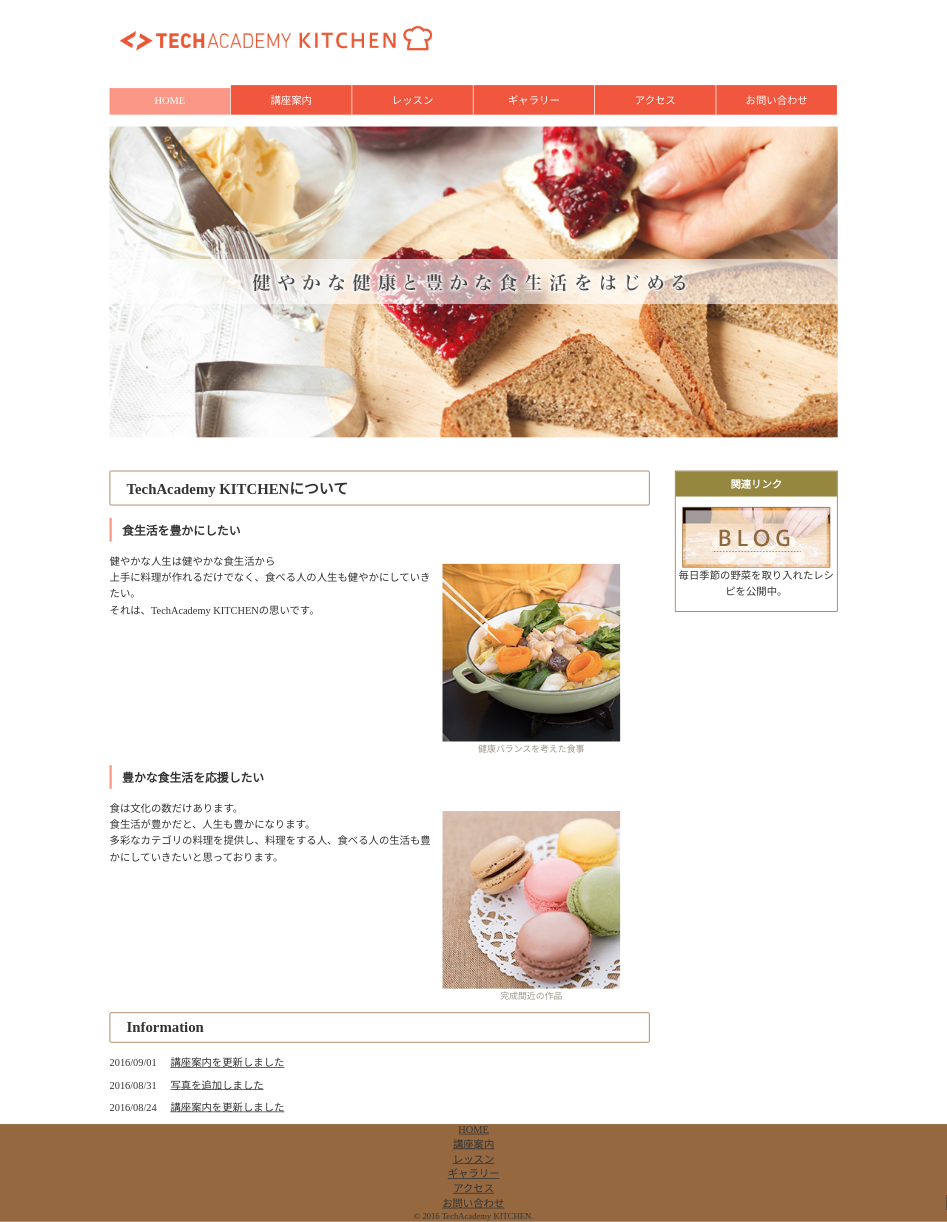
Repository: m1j1nk0/microposts2
Page: lesson-htmlcss/kitchen.html
The author's editor kept a record of every edit. The page is drawn from the files as they stood at one moment, then again after the next edit.
The browser window is 1280 px wide. The pictures show the whole page, at 74% of full size.

Above is the page before.

### lesson-htmlcss/kitchen.html
<!doctype html>
<html lang="ja">
    <head>
        <meta charset="UTF-8">
        <title>Techacademy KITCHEN</title>
        <link rel="stylesheet" href="kitchen.css">
    </head>
    <body>
        <!--ここからヘッダ-->
        <header>
            <h1><a href="kitchen.html"><img src="images_kitchen/logo.png" alt="Techacademy KITCHEN"></a></h1>
            <nav id ="global_navi">
                <ul>
                    <li class="current"><a href="kitchen.html">HOME</a></li>
                    <li><a href="course.html">講座案内</a></li>
                    <li><a href="lesson.html">レッスン</a></li>
                    <li><a href="gallery.html">ギャラリー</a></li>
                    <li><a href="access.html">アクセス</a></li>
                    <li><a href="contact.html">お問い合わせ</a></li>
                </ul>
            </nav>
        </header>
        <!--ヘッダここまで-->


        <!--ここからメインビジュアル画像-->
        <div id="main_visual">
            <img src="images_kitchen/main_visual.jpg" alt="健やかな健康と豊かな食生活をはじめる">
        </div>
        <!--メインビジュアル画像ここまで-->


        <!--ここからwrapper-->
        <div id="wrapper" class="clearfix">
            <!--ここからメイン-->
            <div id="main">
                <section id="point">
                    <h2>TechAcademy KITCHENについて</h2>
                    <section class="clearfix">
                        <h3>食生活を豊かにしたい</h3>
                        <figure>
                            <img src="images_kitchen/photo01.jpg" alt="TechAcademy KITCHENについて">
                            <figcaption>健康バランスを考えた食事</figcaption>
                        </figure>
                        <p>
                            健やかな人生は健やかな食生活から<br>
                            上手に料理が作れるだけでなく、食べる人の人生も健やかにしていきたい。<br>
                            それは、TechAcademy KITCHENの思いです。
                        </p>
                    </section>
                    <section class="clearfix">
                        <h3>豊かな食生活を応援したい</h3>
                        <figure>
                            <img src="images_kitchen/photo02.jpg" alt="TechAcademy KITCHENについて2">
                            <figcaption>完成間近の作品</figcaption>
                        </figure>
                        <p>
                            食は文化の数だけあります。<br>
                            食生活が豊かだと、人生も豊かになります。<br>
                            多彩なカテゴリの料理を提供し、料理をする人、食べる人の生活も豊かにしていきたいと思っております。
                        </p>
                    </section>
                </section>
                <section id="news">
                    <h2>Information</h2>
                    <ul>
                        <li>
                            <span>2016/09/01</span>
                            <a href="course.html">講座案内を更新しました</a>
                        </li>
                        <li>
                            <span>2016/08/31</span>
                            <a href="gallery.html">写真を追加しました</a>
                        </li>
                        <li>
                            <span>2016/08/24</span>
                            <a href="course.html">講座案内を更新しました</a>
                        </li>
                    </ul>
                </section>
            </div>
            <!--メインここまで-->
            <!--ここからサイド-->
            <aside id="sidebar">
                <section id="side_banner">
                    <h2>関連リンク</h2>
                    <ul>
                        <li>
                            <a href="https://techacademy.jp/magazine/" target="_blank"><img src="images_kitchen/banner01.jpg" alt="ブログ"></a>
                            <p>毎日季節の野菜を取り入れたレシピを公開中。</p>
                        </li>
                    </ul>

                </section>
            </aside>
            <!--サイドここまで-->
        </div>
        <!--wrapperここまで-->


        <!--ここからfooter-->
        <footer>
            <div id="footer_navi">
                <ul>
                    <li><a href="kitchen.html">HOME</a></li>
                    <li><a href="course.html">講座案内</a></li>
                    <li><a href="lesson.html">レッスン</a></li>
                    <li><a href="gallery.html">ギャラリー</a></li>
                    <li><a href="access.html">アクセス</a></li>
                    <li><a href="contact.html">お問い合わせ</a></li>
                </ul>
            </div>
            <small>&copy; 2016 TechAcademy KITCHEN.</small>
        </footer>
        <!--ffooterここまで-->


    </body>
</html>

### lesson-htmlcss/kitchen.css
@charset "UTF-8";

body{
    margin: 0;
    padding: 0;
    color: #333;
    font-size: 14px;
}

a{
    color: #333;
}

a:visited{
    color: #333;
}

a:hober{
    color:#333;
    font-weight: 700;
    text-decoration: none;
}


h1,h2,h3,h4,h5,h6{
    margin-top: 0;
}


p{
    margin-top: 0;
    line-height: 1.6;
}

img{
    vertical-align: bottom;
}

#main h2{
    background: #fff;
    font-size: 20px;
    padding: 8px 22px;
    border-radius: 2px;
    border: 1px solid #956840;
}

#main h3{
    font-size: 16px;
    border-left: solid 3px #fa9786;
    padding: 4px 9px 4px 14px;
}

header{
    width: 984px;
    margin: 0 auto;
}

header h1{
    margin: 5px 0 10px;
}

#global_navi{
    margin-bottom: 16px;
}

/*
#global_navi ul{
    list-style: none;
    margin: 0;
    padding: 0;
}

#global_navi ul li{
    display: inline-block;
    width: 164px;
    text-align: center;
}
*/

#global_navi ul li a{
    display:block;
    padding:10px 16px;
    background-color:#f0573e;
    color:#fff;
    text-decoration:none;
    transition:background-color .2s linear;    /*これなに？*/
}

#global_navi ul{
    font-size: 0;
    list-style: none;
    margin: 0;
    padding: 0;
}

#global_navi ul li{
    font-size: 14px;
    display: inline-block;
    width: 163px;
    margin-right: 1px;
    text-align: center;
}

#global_navi ul li.current a {
    background-color: #fa9786;
}

#global_navi ul li a:hover{
    background-color : #fa9786;
}


#main_visual{
    width: 984px;
    height: 440px;
    margin: 0 auto 25px;
}

#wrapper{
    width:984px;
    margin: 0 auto;
}

#main{
    width: 730px;
    float: left;
}

#sidebar{
    width: 220px;
    float: right;
}

.clearfix::after{
    content: '';
    display: block;
    clear: both;
}

#point figure{
    float:right;
    margin-left:16px;
}

#point figcaption{
    font-size: 12px;
    color: #9C9689;
    text-align: center;
}

#news ul{
    list-style: none;
    padding: 0;
}

#news li{
    margin-bottom:10px;
}

#news li a{
    margin-left:15px;
}



#side_banner ul{
    list-style: none;
    padding: 0;
}

#side_banner{
    margin-bottom: 30px;
    border: 1px solid #956840;
    text-align: center;
}

#side_banner h2{
    background-color: #958640;
    color:#fff;
    padding: 7px;
    font-size:14px;
    text-align: center;
}




footer #footer_navi ul{
    list-style:none;
    margin:0;
    padding:0;
    text-align:center;
}

footer{
    background-color: #956840;
    text-align:center;
}
footer #fotter_navi{
    background-color: #f0f0f0;
    padding: 10px 0;
}

footer #fotter_navi li{
    display: inline;
    border-left: solid 1px #333;
    margin-left: 8px;
    padding-left: 8px;
    font-size: smaller;
}

footer #footer_navi li:last-child{
    border-right: solid 1px #333;
    padding: 0 8px;
}

After the next edit:
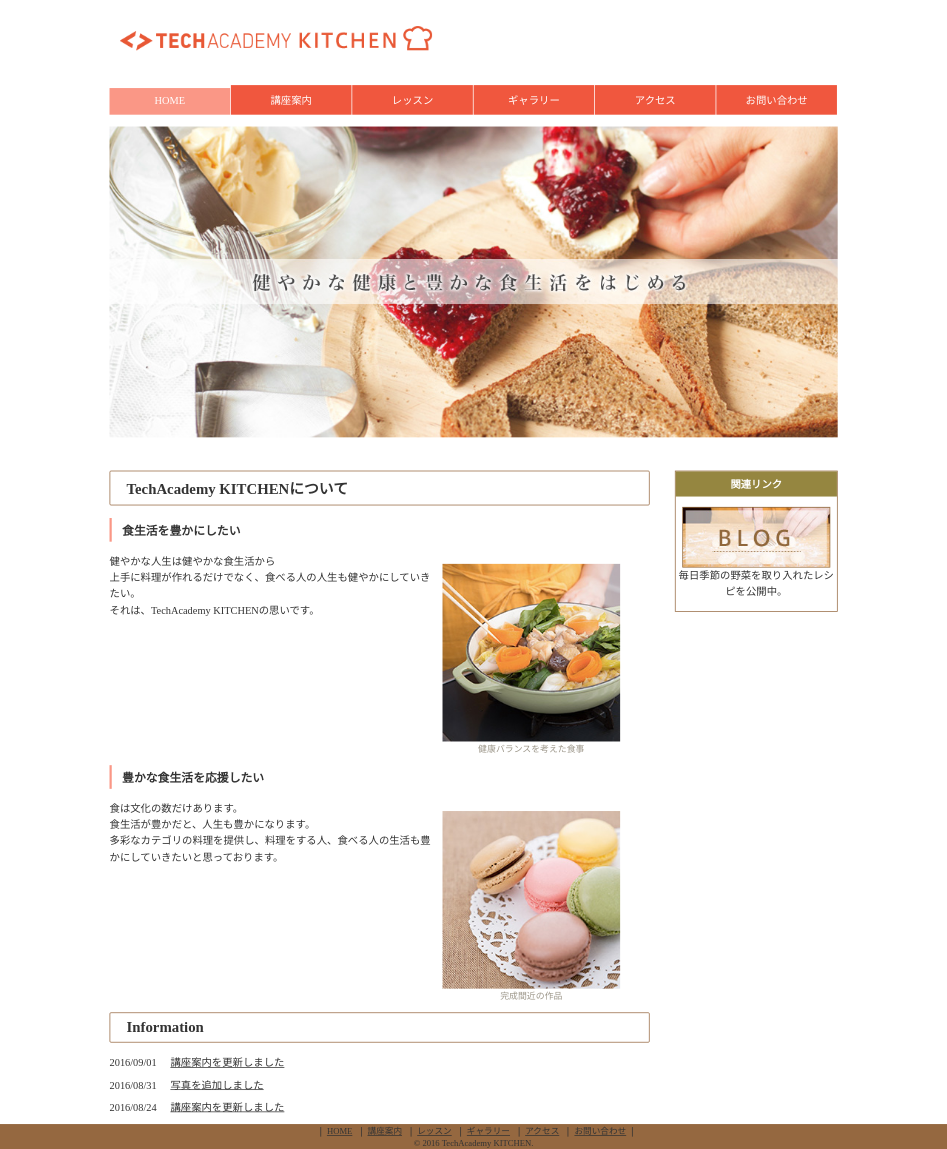
The edit:
--- a/lesson-htmlcss/kitchen.css
+++ b/lesson-htmlcss/kitchen.css
@@ -201,7 +201,7 @@
     padding: 10px 0;
 }
 
-footer #fotter_navi li{
+footer #footer_navi li{
     display: inline;
     border-left: solid 1px #333;
     margin-left: 8px;
